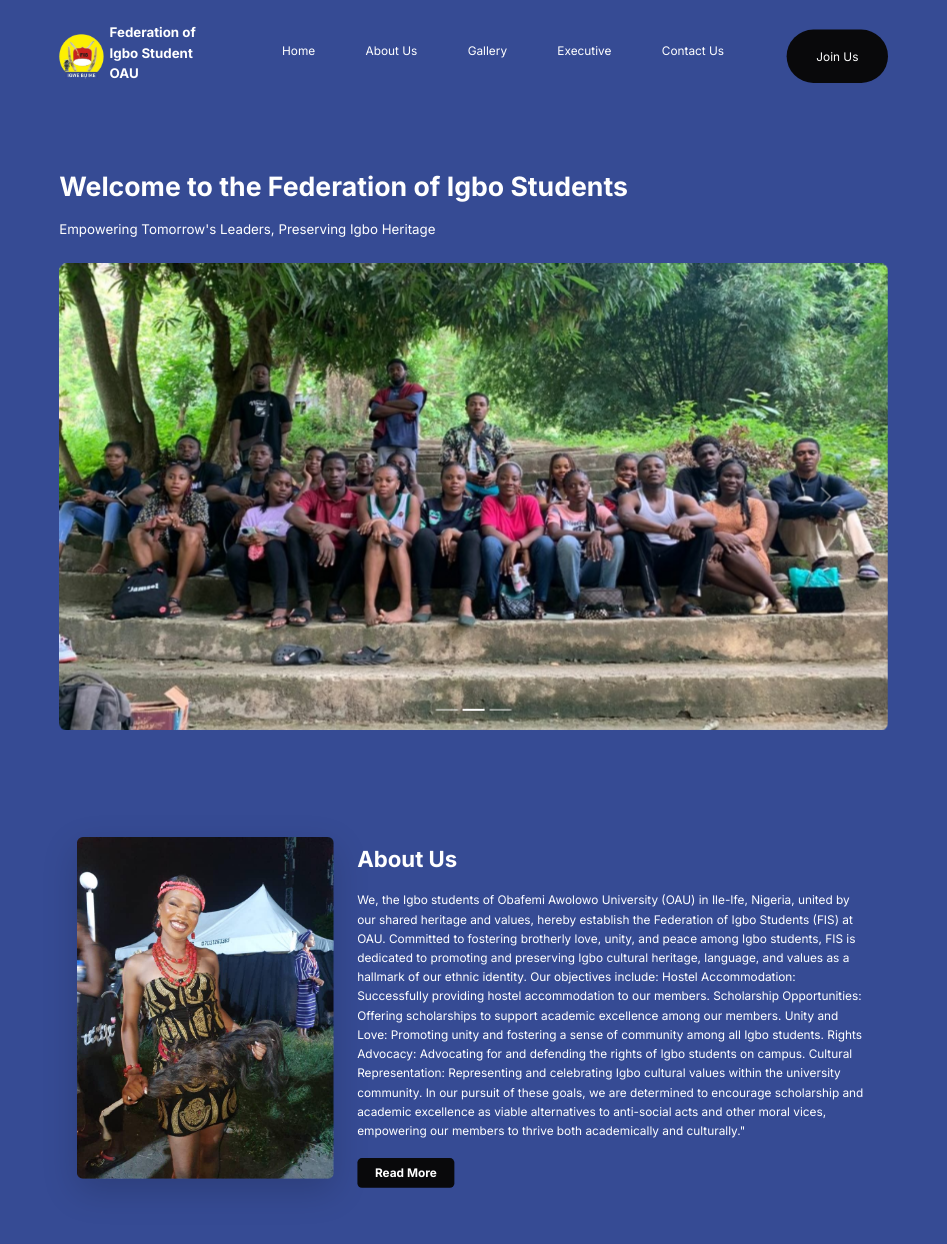
Repository: akinolapo/fis
Page: /
The author's editor kept a copy of each file at every save. The page is drawn from the files as they stood at one save, then again after the next save.
The browser window is 1280 px wide. The pictures show the whole page, at 74% of full size.
The project was rebuilt for these pictures with package versions that can differ from the ones it lists, and the page was loaded fresh each time. The framework's server and built-in components were replaced by stand-ins that run in the browser. Also part of the build but not shown: next.config.mjs.

Above is the page before, as saved 2024-05-05 16:15:21.

After the next save:
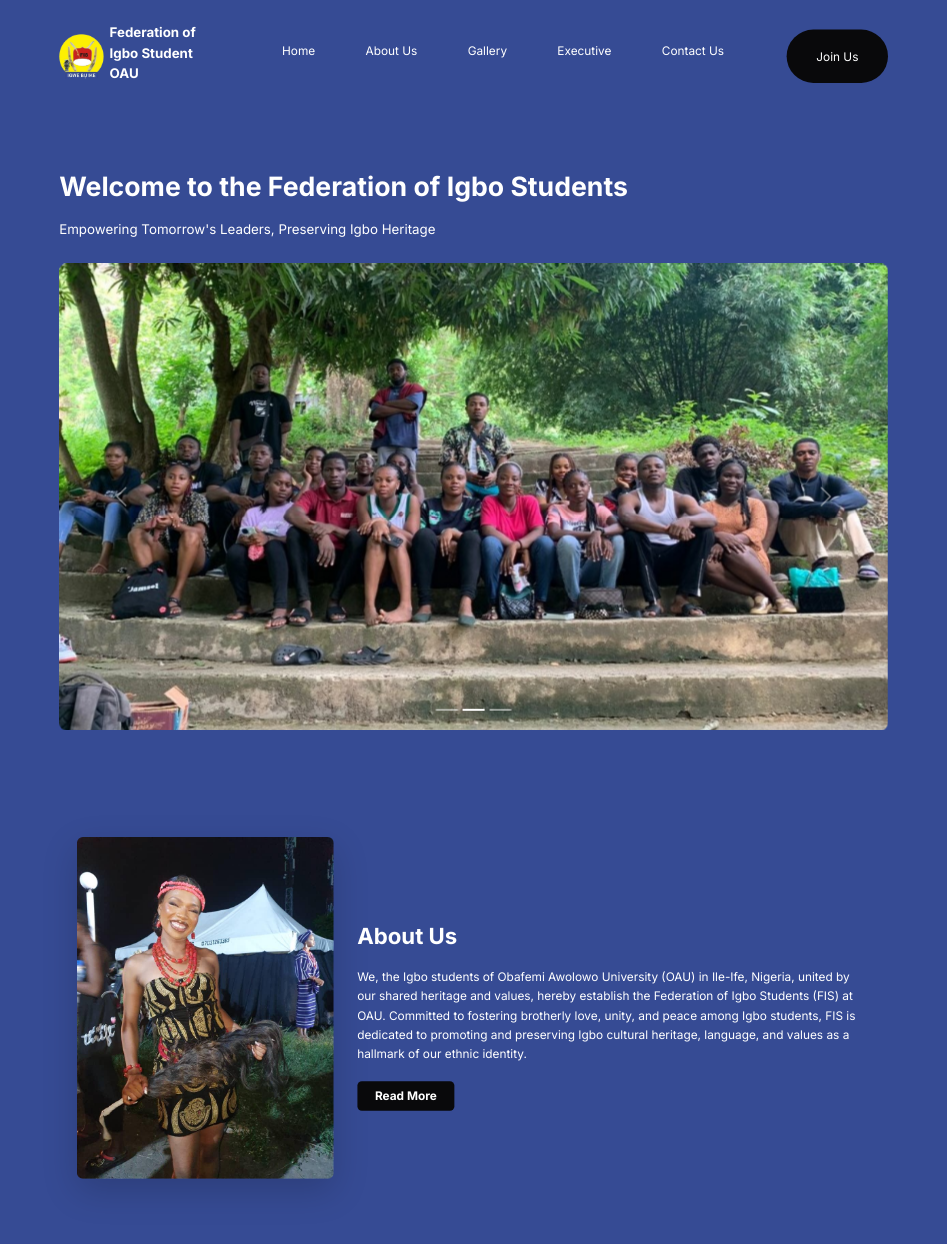
Saved 55 s later.
--- a/app/components/About/About.tsx
+++ b/app/components/About/About.tsx
@@ -14,13 +14,6 @@ const About = () => {
         <h2 className="text-2xl md:text-3xl font-bold mb-4">About Us</h2>
         <p className="leading-relaxed mb-4">
         We, the Igbo students of Obafemi Awolowo University (OAU) in Ile-Ife, Nigeria, united by our shared heritage and values, hereby establish the Federation of Igbo Students (FIS) at OAU. Committed to fostering brotherly love, unity, and peace among Igbo students, FIS is dedicated to promoting and preserving Igbo cultural heritage, language, and values as a hallmark of our ethnic identity.
-Our objectives include:
-Hostel Accommodation: Successfully providing hostel accommodation to our members.
-Scholarship Opportunities: Offering scholarships to support academic excellence among our members.
-Unity and Love: Promoting unity and fostering a sense of community among all Igbo students.
-Rights Advocacy: Advocating for and defending the rights of Igbo students on campus.
-Cultural Representation: Representing and celebrating Igbo cultural values within the university community.
-In our pursuit of these goals, we are determined to encourage scholarship and academic excellence as viable alternatives to anti-social acts and other moral vices, empowering our members to thrive both academically and culturally."
         </p>
         <button className="bg-zinc-950 hover:bg-black text-white font-bold py-2 px-4 rounded focus:outline-none focus:shadow-outline">
           Read More
